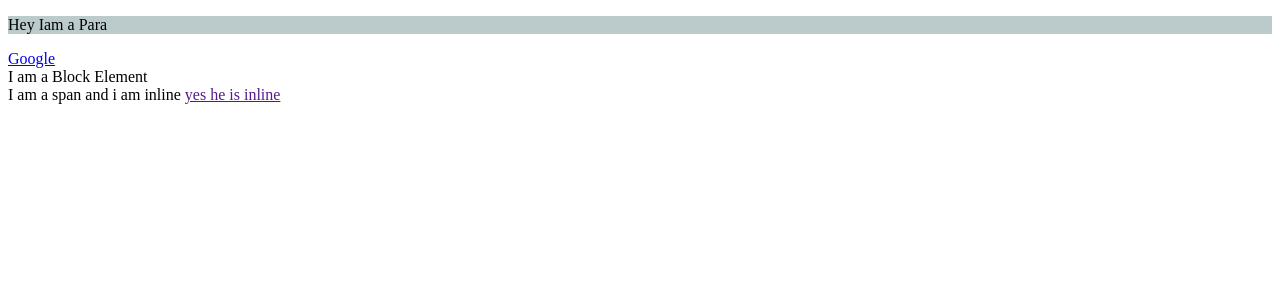
Repository: Mohan2347/Project-2
Page: 6.html
These files come from the project's save history. The page is drawn as it stood at one moment and after the next save; the edit follows.
The browser window is 1280 px wide. The pictures show the whole page.

Above is the page before, as saved 2024-11-13 21:42:50.

### 6.html
<!-- Inline and Block elements -->

<!DOCTYPE html>
<html lang="en">
<head>
    <meta charset="UTF-8">
    <meta name="viewport" content="width=device-width, initial-scale=1.0">
    <title>Inline and Block elements - HTML</title>
    <link rel="stylesheet" href="3.css">
</head>
<body>
    <p>Hey Iam a Para</p>
    <a href="https://google.com">Google</a>
    <div>I am a Block Element</div>
    <span>I am a span and i am inline</span>
    <a href="">yes he is inline</a>
</body>
</html>

### 3.css
p{
    background-color: rgb(187, 203, 204);
}

After the next save:
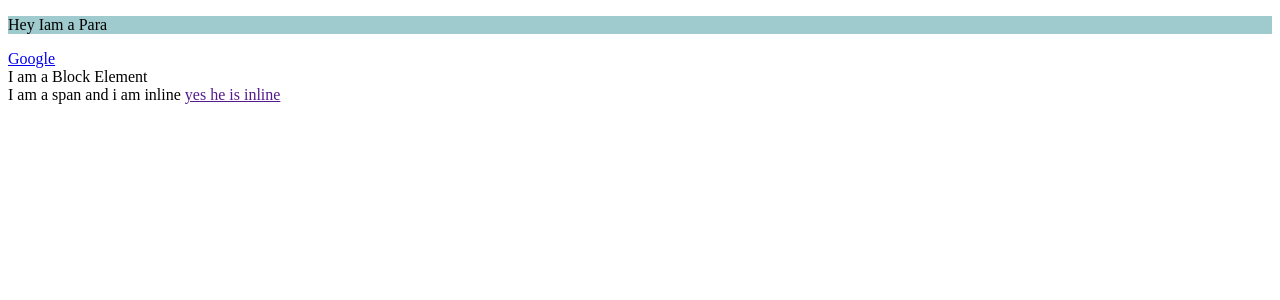
Saved 4 s later.
--- a/3.css
+++ b/3.css
@@ -1,3 +1,3 @@
 p{
-    background-color: rgb(187, 203, 204);
+    background-color: rgb(160, 203, 206);
 }
